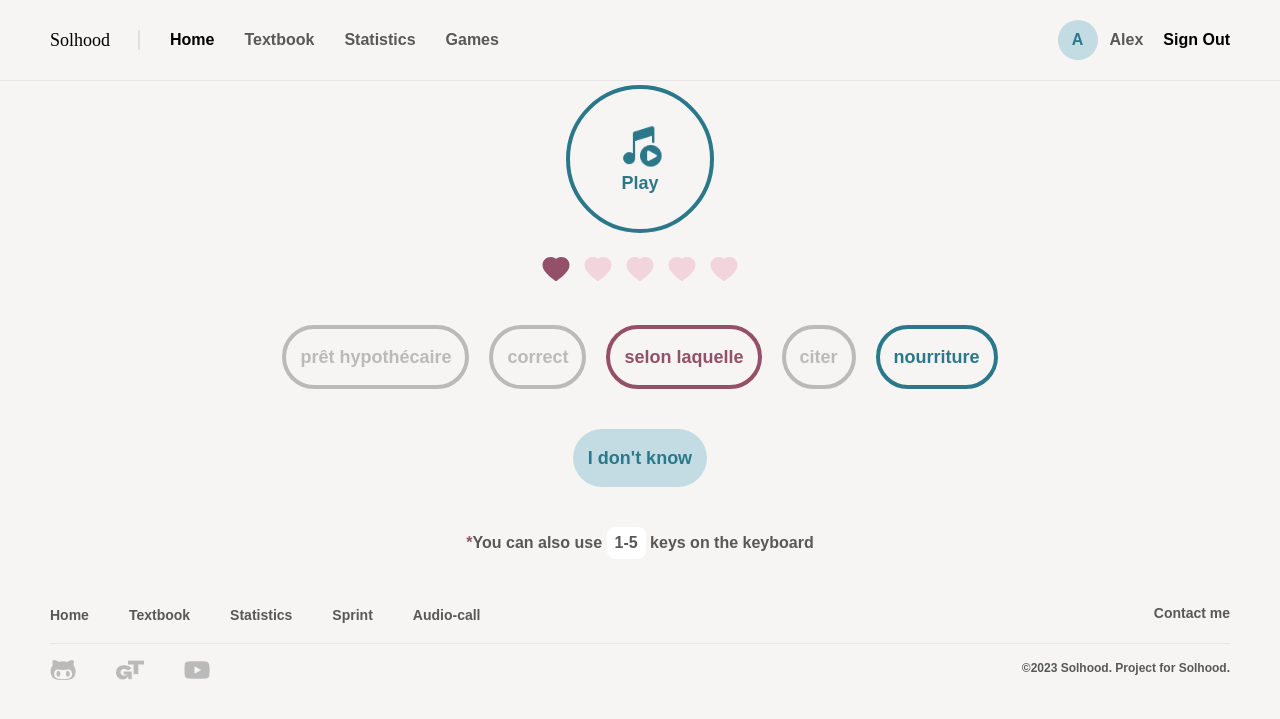
Repository: haudnn/solhood
Page: /audio/game
The author's editor kept a copy of each file at every save. The page is drawn from the files as they stood at one save, then again after the next save.
The browser window is 1280 px wide. The pictures show the whole page.
The project was rebuilt for these pictures with package versions that can differ from the ones it lists, and the page was loaded fresh each time. Also part of the build but not shown: src/pages/Home.tsx, src/pages/sprint/Sprint.tsx, src/pages/sprint/Game.tsx, src/pages/sprint/Result.tsx, src/pages/audio/Audio.tsx, src/pages/audio/Result.tsx, src/hooks/useClickOutSide.ts, src/pages/textbook/WordItem.tsx and 2 more.

Above is the page before, as saved 2023-01-10 22:38:04.

### public/index.html
<!DOCTYPE html>
<html lang="en">
  <head>
    <meta charset="utf-8" />
    <link rel="icon" href="%PUBLIC_URL%/solanaLogoMark.svg" />
    <meta name="viewport" content="width=device-width, initial-scale=1" />
    <meta name="theme-color" content="#000000" />
    <meta
      name="description"
      content="Web site created using create-react-app"
    />
    <link rel="apple-touch-icon" href="%PUBLIC_URL%/logo192.png" />
    <link rel="manifest" href="%PUBLIC_URL%/manifest.json" />
    <title>Solhood | E-Learning Platform</title>
  </head>
  <body>
    <noscript>You need to enable JavaScript to run this app.</noscript>
    <div id="root"></div>
  </body>
</html>

### src/App.tsx
import "./App.css";
import { BrowserRouter } from 'react-router-dom';
import RouterConfig from './config/RouterConfig';
import Footer from "./components/Layout/Footer";
import Header from "./components/Layout/Header";
function App() {
  return (
    <div className="overflow-hidden  App font-montserrat">
      <BrowserRouter>
        <Header />
        <RouterConfig/>
        <Footer/>
      </BrowserRouter>
    </div>
  );
}

export default App;

### src/config/RouterConfig.tsx
import React from 'react'
import { Routes, Route } from 'react-router-dom';
import {router} from '../constants';
const RouterConfig = () => {
  return (
    <Routes>
    {router.map(({ path, component }) => (
      <Route key={path} path={path} element={component} />
    ))}
  </Routes>
  )
}

export default RouterConfig

### src/components/Layout/Footer.tsx
import React from "react";
import github from "../../assets/imgs/github.png";
import GT from "../../assets/imgs/GT.png";
import youtube from "../../assets/imgs/youtube.png";
const Footer = () => {
  return (
    <footer>
      <div className="bg-greyligt py-[40px] px-5 md:px-0">
        <div className="app-container">
          <div className="pb-4 border-b border-solid boder-[greymedium]">
            <div className="grid">
              <div className="row">
                <div className="col l-6 c-6">
                  <ul className="flex flex-col pl-5 md:items-center md:gap-x-10 md:flex-row md:pl-0 gap-y-3 ">
                    <li>
                      <a
                        className="text-sm font-semibold text-greydark"
                        href="/"
                      >
                        Home
                      </a>
                    </li>
                    <li>
                      <a
                        className="text-sm font-semibold text-greydark"
                        href="/textbook"
                      >
                        Textbook
                      </a>
                    </li>
                    <li>
                      <a
                        className="text-sm font-semibold text-greydark"
                        href="/statistics"
                      >
                        Statistics
                      </a>
                    </li>
                    <li>
                      <a
                        className="text-sm font-semibold text-greydark"
                        href="/sprint"
                      >
                        Sprint
                      </a>
                    </li>
                    <li>
                      <a
                        className="text-sm font-semibold text-greydark"
                        href="/audio"
                      >
                        Audio-call
                      </a>
                    </li>
                  </ul>
                </div>
                <div className="col l-6 c-6">
                  <div className="flex items-center justify-start md:justify-end gap-x-10">
                    <a
                      className="text-sm font-semibold text-greydark"
                      href="/me"
                    >
                      Contact me
                    </a>
                  </div>
                </div>
              </div>
            </div>
          </div>
          <div className="pt-4">
            <div className="grid">
              <div className="row">
                <div className="col l-6 c-12">
                  <ul className="flex items-center justify-center mb-5 gap-x-10 md:mb-0 md:justify-start">
                    <li>
                      <a href="/">
                        <img src={github} alt="" />
                      </a>
                    </li>
                    <li>
                      <a href="/">
                        <img src={GT} alt="" />
                      </a>
                    </li>
                    <li>
                      <a href="/">
                        <img src={youtube} alt="" />
                      </a>
                    </li>
                  </ul>
                </div>
                <div className="col l-6 c-12">
                  <div className="flex items-center justify-center md:justify-end">
                    <span className="text-xs font-semibold text-greydark ">
                      ©2023 Solhood. Project for Solhood.
                    </span>
                  </div>
                </div>
              </div>
            </div>
          </div>
        </div>
      </div>
    </footer>
  );
};

export default Footer;

### src/components/Layout/Header.tsx
import React, { useState } from "react";
import { BsJustifyLeft } from "react-icons/bs";
import { AiOutlineClose } from "react-icons/ai";
const Header = () => {
  const [isOpen, setIsOpen] = useState(false);
  const handleOpen = () => {
    setIsOpen((prev) => !prev);
  };
  return (
    <header className="py-[18px] md:py-5 border-b border-solid border-[grey-dark] bg-greyligt">
      <div className="px-5 app-container md:px-0">
        <div className="grid">
          <div className="row">
            <div className="col c-4 md:hidden">
              <div className="flex items-center h-10 cursor-pointer">
                {!isOpen ? (
                  <BsJustifyLeft
                    onClick={handleOpen}
                    className="w-6 h-6"
                  ></BsJustifyLeft>
                ) : (
                  <AiOutlineClose
                    onClick={handleOpen}
                    className="w-6 h-6"
                  ></AiOutlineClose>
                )}
              </div>
              <div
                className={`nav_ani ${
                  isOpen ? "unhide-nav" : "hide-nav"
                } absolute top-[71px] bottom-0 left-0 right-0 z-50 w-full bg-white overflow-y-auto`}
              >
                <div className="w-full h-[calc(100vh-71px)] overflow-y-hidden">
                  <div className="flex items-center justify-center w-full h-full">
                    <ul className="flex flex-col items-center justify-center gap-y-5">
                      <li>
                        <a
                          className="text-base font-semibold text-cyandark"
                          href="/"
                        >
                          Main
                        </a>
                      </li>
                      <li>
                        <a
                          className="text-base font-semibold text-greydark"
                          href="/textbook"
                        >
                          Textbook
                        </a>
                      </li>
                      <li>
                        <a
                          className="text-base font-semibold text-greydark"
                          href="/statistics"
                        >
                          Statistics
                        </a>
                      </li>
                      <li>
                        <a
                          className="text-base font-semibold text-greydark"
                          href="/statistics"
                        >
                          Sprint
                        </a>
                      </li>
                      <li>
                        <a
                          className="text-base font-semibold text-greydark"
                          href="/statistics"
                        >
                          Audio-call
                        </a>
                      </li>
                    </ul>
                  </div>
                </div>
              </div>
            </div>
            <div className="col l-6 c-4">
              <div className="flex items-center md:gap-x-[60px] md:h-full">
                <div className="w-full text-center line before:border-r-0 md:before:border-r-2 md:w-fit">
                  <a
                    href="/"
                    className="block text-lg text-black font-dela leading-[40px] md:leading-none"
                  >
                    Solhood
                  </a>
                </div>
                <div className="hidden md:block">
                  <ul className="flex items-center gap-x-[30px]">
                    <li>
                      <a
                        className="text-base font-semibold text-black"
                        href="/"
                      >
                        Home
                      </a>
                    </li>
                    <li>
                      <a
                        className="text-base font-semibold text-greydark"
                        href="/textbook"
                      >
                        Textbook
                      </a>
                    </li>
                    <li>
                      <a
                        className="text-base font-semibold text-greydark"
                        href="/statistics"
                      >
                        Statistics
                      </a>
                    </li>
                    <li className="relative group">
                      <p className="text-base font-semibold cursor-default text-greydark">
                        Games
                      </p>
                      <div className="z-10 group-hover:block hidden absolute bg-white rounded-xl shadow-lg w-[215px] p-5 top-10 bridge">
                        <ul>
                          <li className="mb-2 text-base font-semibold text-greydark">
                            <a href="/sprint">Sprint</a>
                          </li>
                          <li>
                            <a
                              href="/audio"
                              className="text-base font-semibold text-greydark"
                            >
                              Audio call
                            </a>
                          </li>
                        </ul>
                      </div>
                    </li>
                  </ul>
                </div>
              </div>
            </div>
            <div className="col l-6 c-4">
              <div className="flex justify-end">
                <div className="flex items-center mr-5 gap-x-3">
                  <div className="flex items-center justify-center w-10 h-10 rounded-[50%] bg-cyanlight">
                    <span className="text-base font-semibold text-cyandark">
                      A
                    </span>
                  </div>
                  <span className="text-base font-semibold text-greydark">
                    Alex
                  </span>
                </div>
                <div className="items-center hidden md:flex">
                  <a href="/" className="text-base font-semibold text-black">
                    Sign Out
                  </a>
                </div>
              </div>
            </div>
          </div>
        </div>
      </div>
    </header>
  );
};

export default Header;

### src/constants/index.ts
import router from "./router"

export {router}

### src/constants/router.tsx
import Home from "../pages/Home";
import Sprint from "../pages/sprint/Sprint";
import SprintGame from "../pages/sprint/Game";
import SprintResult from "../pages/sprint/Result";
import Audio from "../pages/audio/Audio";
import AudioGame from "../pages/audio/Game";
import AudioResult from "../pages/audio/Result";
import TextBook from "../pages/textbook/TextBook";
import Statistics from "../pages/statistics/Statistics";
const router = [
 {
    path: '/',
    component: <Home />,
 },
 {
   path: '/textbook',
   component: <TextBook />,
},
 {
   path: '/statistics',
   component: <Statistics />,
 }
 ,
// Audio
 {
  path: '/audio',
  component: <Audio />,
 },
 {
  path: '/audio/game',
  component: <AudioGame />,
 },
 {
  path: '/audio/result',
  component: <AudioResult />,
 },
// Sprint
 {
  path: '/sprint',
  component: <Sprint />,
  },
 {
  path: '/sprint/game',
  component: <SprintGame />,
 },
 {
  path: '/sprint/result',
  component: <SprintResult />,
 },


]
export default router;

### src/pages/audio/Game.tsx
import React, { useState } from "react";
import playIcon from "../../assets/imgs/play-icon.png";
import playIconHover from "../../assets/imgs/play-icon-hover.png";
import { AiFillHeart } from "react-icons/ai";
import play from "../../assets/imgs/play.png";
const Game = () => {
  const [isResulted, setIsResulted] = useState<Boolean>(false);
  const handleResult = () => {
    setIsResulted((prev) => !prev);
  };
  return (
    <div className="game bg-greyligt">
      <div className="flex flex-col items-center justify-center md:wrapper-calc">
        <div className="flex flex-col items-center justify-center">
          {isResulted ? (
            <div className="flex flex-col items-center mb-5">
              <div
                style={{
                  backgroundImage: `url(${"https://cdn.britannica.com/98/235798-050-3C3BA15D/Hamburger-and-french-fries-paper-box.jpg"})`,
                }}
                onClick={handleResult}
                className="bg-center bg-cover bg-no-repeat md:w-[148px] md:h-[148px] w-[100px] h-[100px] rounded-[50%] cursor-pointer"
              ></div>
              <div className="-translate-y-[20px] flex items-center px-5 py-2 bg-white rounded-full shadow-lg flex-start gap-x-3">
                <div className="flex items-center justify-center w-[40px] h-[40px] bg-greyligt cursor-pointer">
                  <img src={play} alt="" className="object-cover" />
                </div>
                <div className="text-base font-semibold">
                  <span>food</span>
                  <span className="text-greydark"> {"-"} nourriture</span>
                </div>
              </div>
            </div>
          ) : (
            <div
              onClick={handleResult}
              className="transition group text-cyandark hover:bg-cyandark hover:text-white mb-5 flex flex-col items-center justify-center md:w-[148px] md:h-[148px] w-[100px] h-[100px] rounded-[50%] border-4 border-solid border-cyandark cursor-pointer"
            >
              <img
                src={playIcon}
                alt=""
                className="block object-cover group-hover:hidden w-[48px] h-[48px]"
              />
              <img
                src={playIconHover}
                alt=""
                className="hidden object-cover group-hover:block"
              />
              <span className="text-sm font-bold md:text-lg ">Play</span>
            </div>
          )}
          <div className="flex gap-x-[10px]">
            {/* <AiFillHeart className="w-8 h-8 text-pinklight" /> */}
            <AiFillHeart className="w-8 h-8 text-pinkdark" />
            <AiFillHeart className="w-8 h-8 text-pinklight" />
            <AiFillHeart className="w-8 h-8 text-pinklight" />
            <AiFillHeart className="w-8 h-8 text-pinklight" />
            <AiFillHeart className="w-8 h-8 text-pinklight" />
          </div>
          <div className="flex my-10 gap-x-5">
            <div className="hover:border-greydark hover:text-greydark text-greyicon cursor-pointer p-[14px] rounded-full border-4 border-solid border-greyicon flex items-center justify-center">
              <span className="text-lg font-bold">prêt hypothécaire</span>
            </div>
            <div className="hover:border-greydark hover:text-greydark text-greyicon cursor-pointer p-[14px] rounded-full border-4 border-solid border-greyicon flex items-center justify-center">
              <span className="text-lg font-bold">correct</span>
            </div>
            {/* The word was selected */}
            <div className=" text-pinkdark cursor-pointer p-[14px] rounded-full border-4 border-solid border-pinkdark flex items-center justify-center">
              <span className="text-lg font-bold">selon laquelle</span>
            </div>
            {/* <div className="hover:border-greydark hover:text-greydark text-greyicon cursor-pointer p-[14px] rounded-full border-4 border-solid border-greyicon flex items-center justify-center">
              <span className="text-lg font-bold">selon laquelle</span>
            </div> */}
            <div className="hover:border-greydark hover:text-greydark text-greyicon cursor-pointer p-[14px] rounded-full border-4 border-solid border-greyicon flex items-center justify-center">
              <span className="text-lg font-bold">citer</span>
            </div>
            {/* The word correct */}
            <div className=" text-cyandark cursor-pointer p-[14px] rounded-full border-4 border-solid border-cyandark flex items-center justify-center">
              <span className="text-lg font-bold">nourriture</span>
            </div>
            {/* <div className="hover:border-greydark hover:text-greydark text-greyicon cursor-pointer p-[14px] rounded-full border-4 border-solid border-greyicon flex items-center justify-center">
              <span className="text-lg font-bold">nourriture</span>
            </div> */}
          </div>
          <div className="mb-10 text-cyandark cursor-pointer p-[15px] rounded-full bg-cyanlight flex items-center justify-center">
            {/* If have the result */}
            {/* <span className="text-lg font-bold">Next</span> */}
            <span className="text-lg font-bold">I don't know</span>
          </div>
          <div className="hidden md:block">
            <span className="font-semibold text-greydark">
              <span className="text-pinkdark">*</span>
              You can also use{" "}
              <span className="inline-block px-2 py-1 bg-white rounded-lg">
                1-5
              </span>{" "}
              keys on the keyboard
            </span>
          </div>
        </div>
      </div>
    </div>
  );
};

export default Game;

Loaded but not shown: src/index.tsx (common file); src/App.css (common file); tailwind.config.js (33 lines, source omitted); src/index.css (762 lines, source omitted)

After the next save:
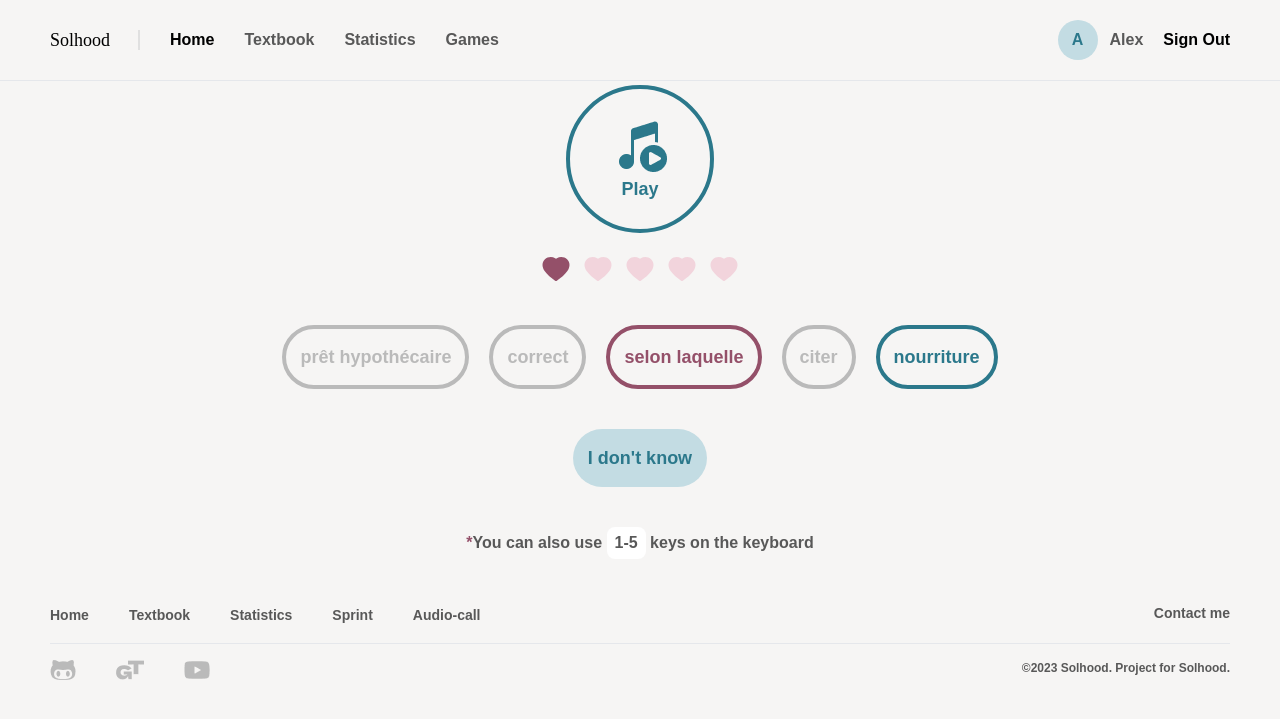
Saved 23 s later.
--- a/src/pages/audio/Game.tsx
+++ b/src/pages/audio/Game.tsx
@@ -39,7 +39,7 @@
               <img
                 src={playIcon}
                 alt=""
-                className="block object-cover group-hover:hidden w-[48px] h-[48px]"
+                className="block object-cover group-hover:hidden"
               />
               <img
                 src={playIconHover}

After the save that followed:
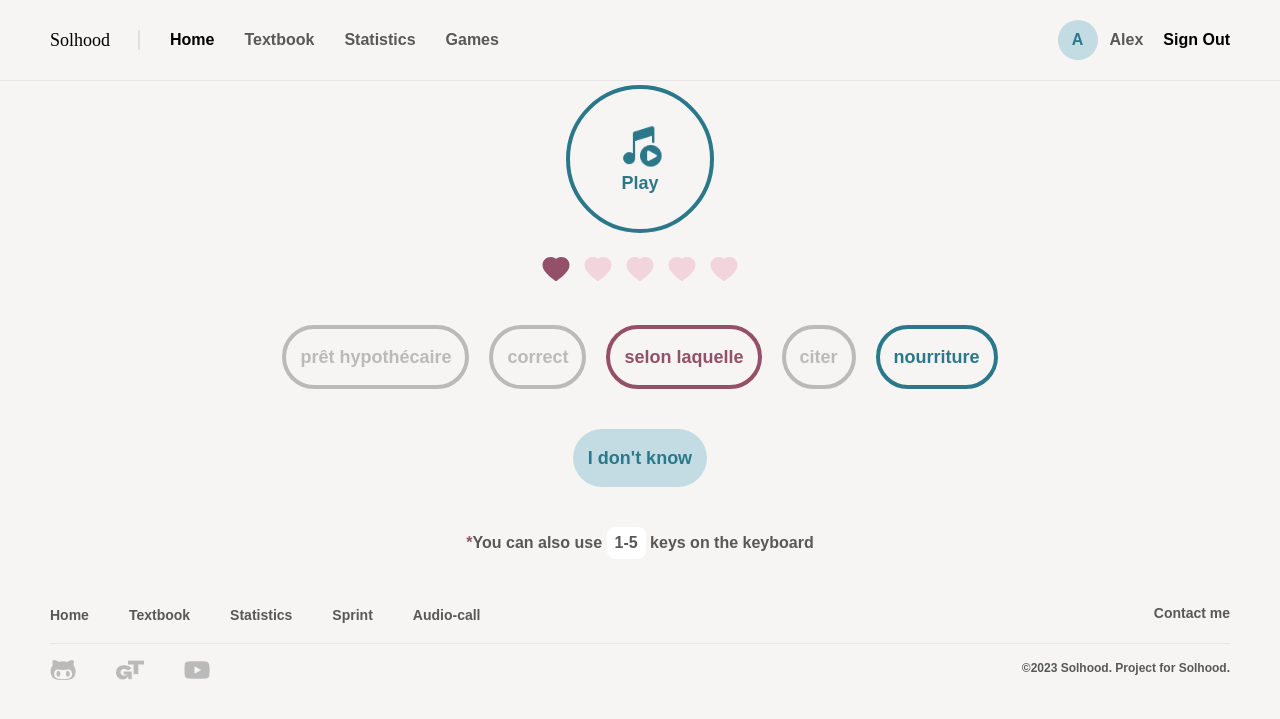
Saved 50 s later.
--- a/src/pages/audio/Game.tsx
+++ b/src/pages/audio/Game.tsx
@@ -39,7 +39,7 @@
               <img
                 src={playIcon}
                 alt=""
-                className="block object-cover group-hover:hidden"
+                className="block object-cover group-hover:hidden w-[48px] h-[48px]"
               />
               <img
                 src={playIconHover}
